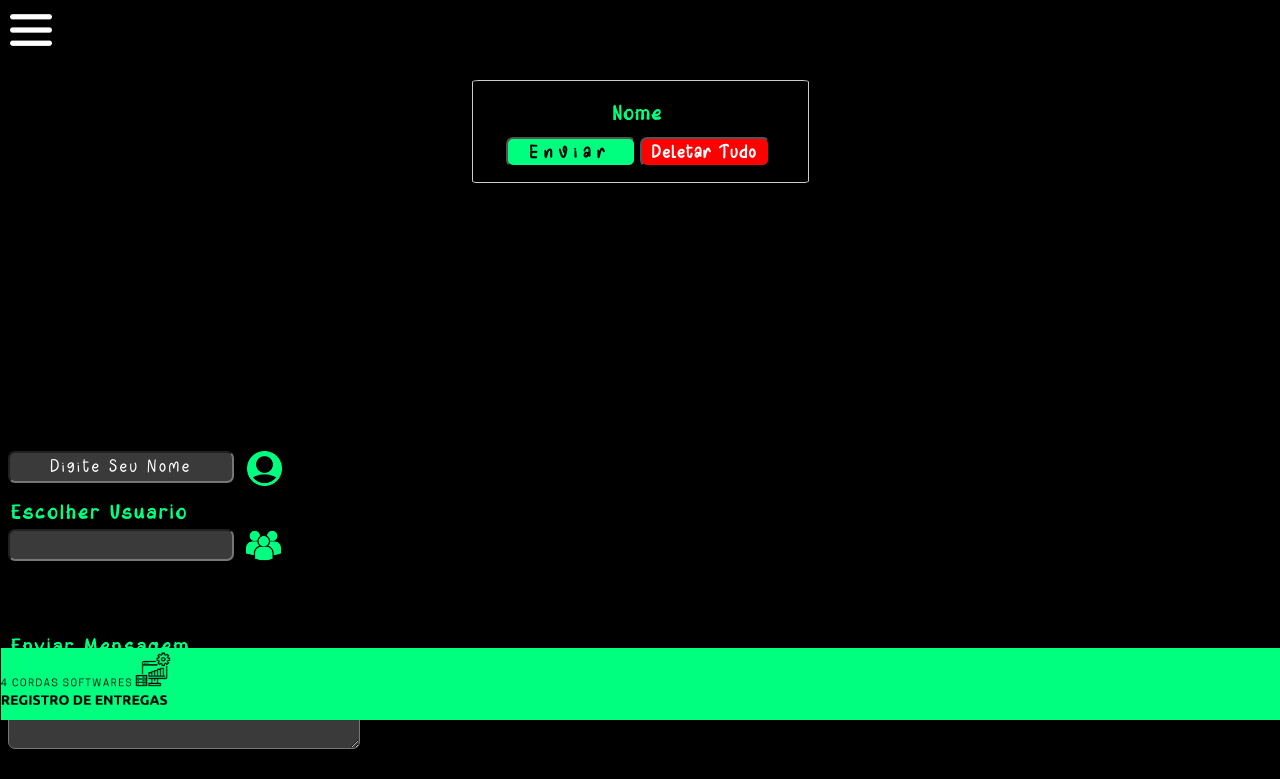
Repository: alfredo-allan/relatorioentregas
Page: pages/chatapp.html
These files come from the project's save history. The page is drawn as it stood at one moment and after the next save; the edit follows.
The browser window is 1280 px wide. The pictures show the whole page.
The page's requests for data from a server got no answer.

Above is the page before, as saved 2024-05-16 22:08:37.
Console error: TypeError: Cannot read properties of null (reading 'addEventListener')

After the next save:
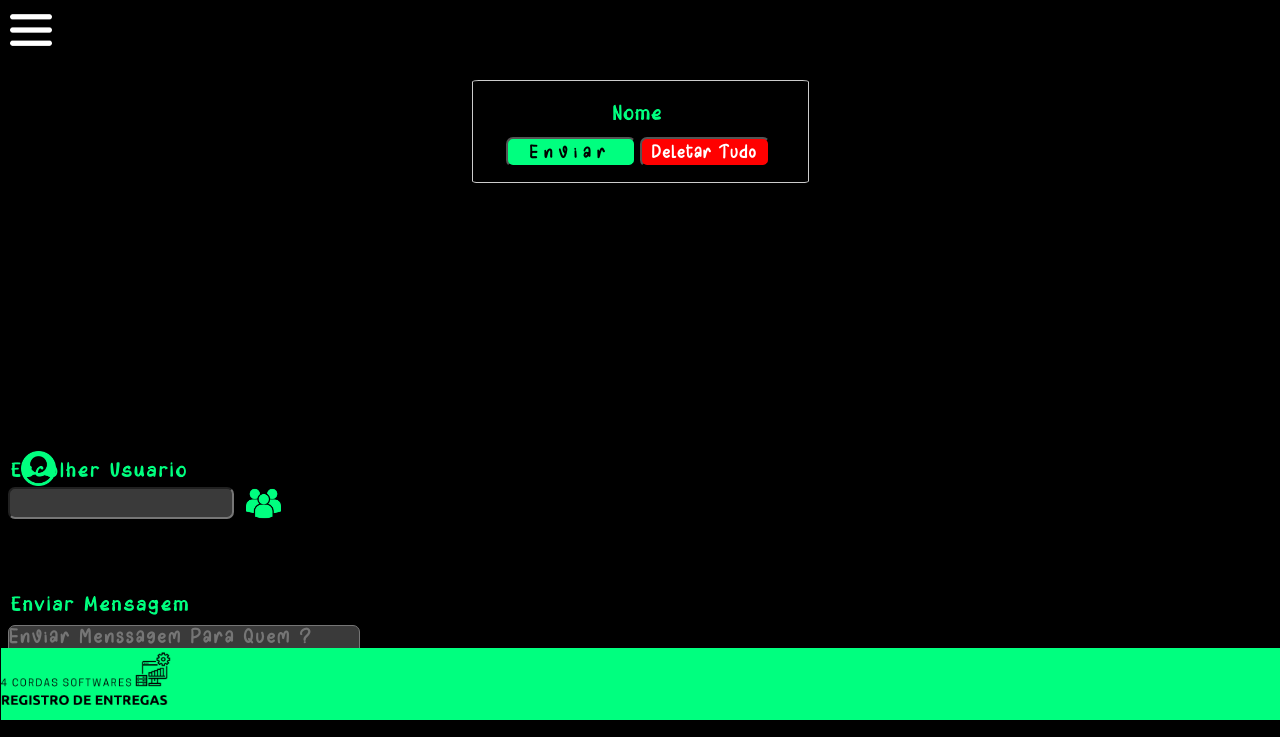
Saved 19 s later.
--- a/pages/chatapp.html
+++ b/pages/chatapp.html
@@ -107,7 +107,6 @@
     </div>
     <div id="login">
        <br />
-      <input id="nomeusuario" type="text" placeholder="Digite Seu Nome" />
       <img id="utlizador" src="../img/do-utilizador.png" alt="" />
     </div>
     <span>Escolher Usuário</span>

After the 2 saves that followed:
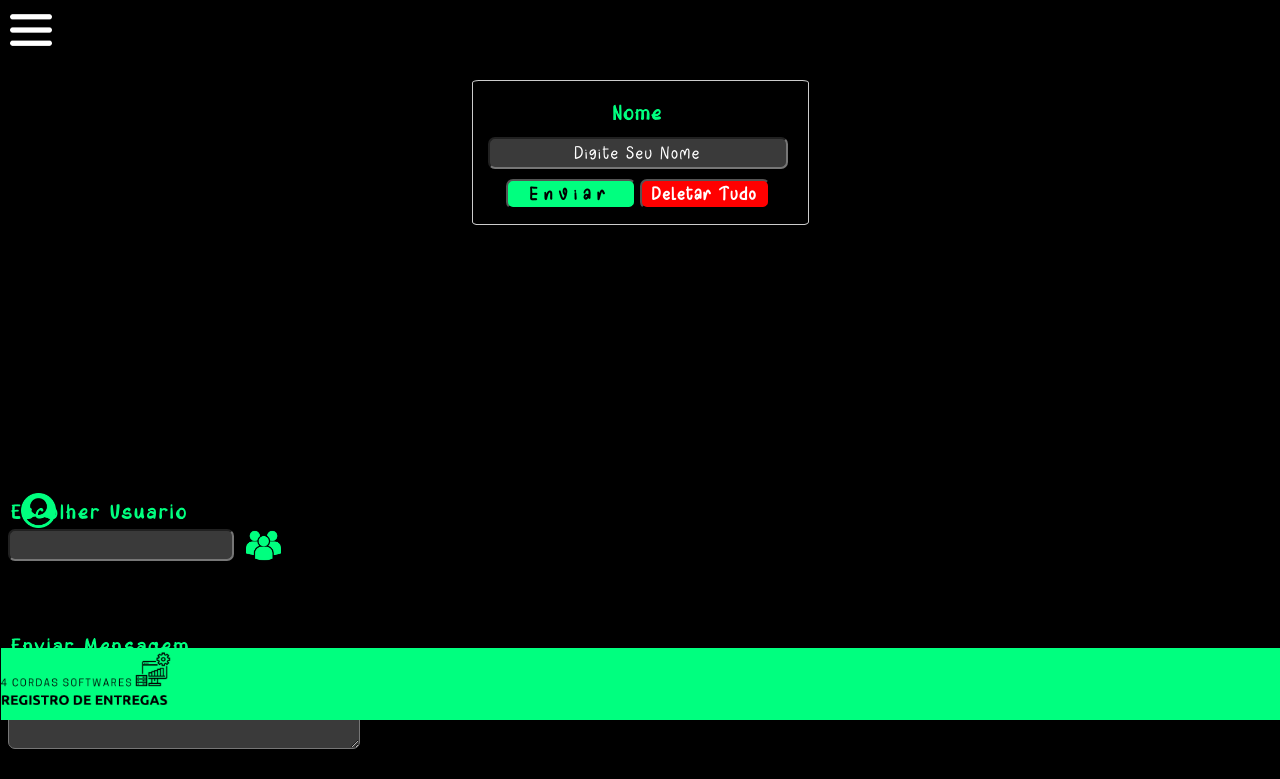
The 2 saves are shown as one change because they came seconds apart.
The last was saved 7 s later.
--- a/pages/chatapp.html
+++ b/pages/chatapp.html
@@ -99,6 +99,8 @@
       <div id="consulta" class="column">
         <!-- <span style="display: none">ID:</span> -->
         <span>Nome</span>
+        <input id="nomeusuario" type="text" placeholder="Digite Seu Nome" />
+
         <div id="btns">
           <button id="enviarmsg">Enviar</button>
           <button id="delMsg">Deletar Tudo</button>
@@ -106,7 +108,7 @@
       </div>
     </div>
     <div id="login">
-       <br />
+      <br />
       <img id="utlizador" src="../img/do-utilizador.png" alt="" />
     </div>
     <span>Escolher Usuário</span>
